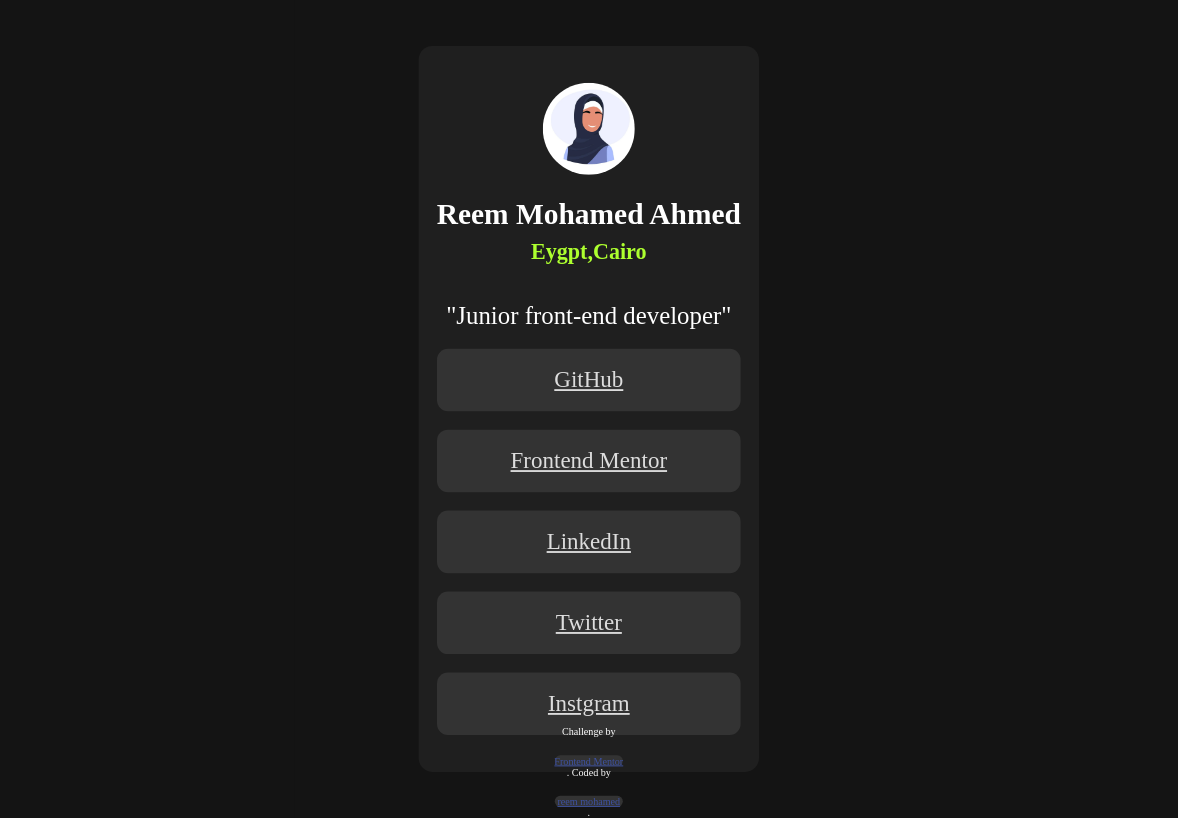
Repository: reemoon-ctrl/social_links_profile_main
Page: index.html
These files come from the project's save history. The page is drawn as it stood at one moment and after the next save; the edit follows.
The browser window is 1280 px wide. The pictures show the whole page, at 92% of full size.

Above is the page before, as saved 2024-07-23 11:01:39.

After the next save:
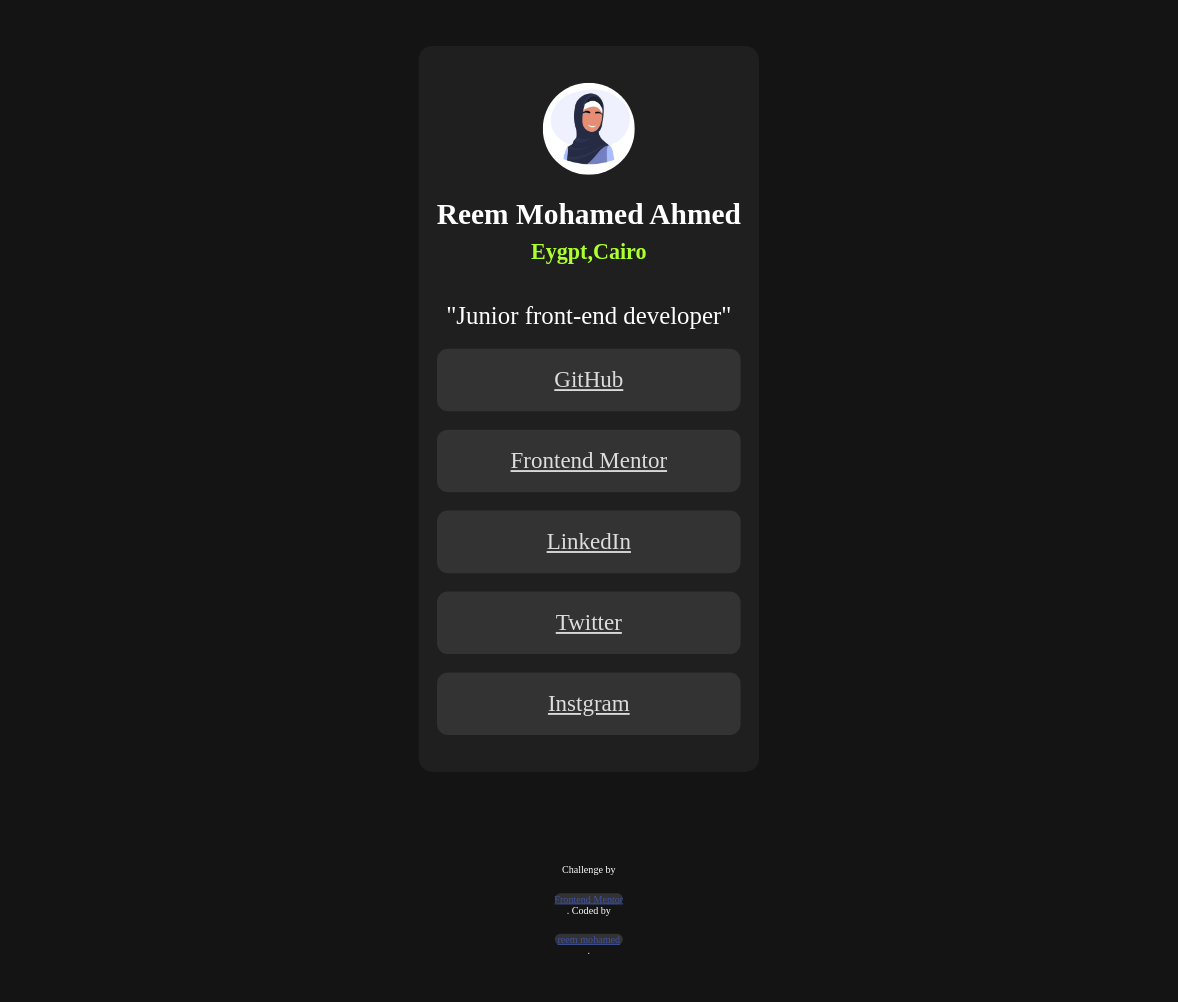
Saved 7 s later.
--- a/index.css
+++ b/index.css
@@ -70,8 +70,7 @@ a:hover{
     color:#1f1f1f;
 }
 footer{
-    position: absolute;
-    bottom: 0px;
+
     margin: auto;
     color: #fff;
     width: auto;
